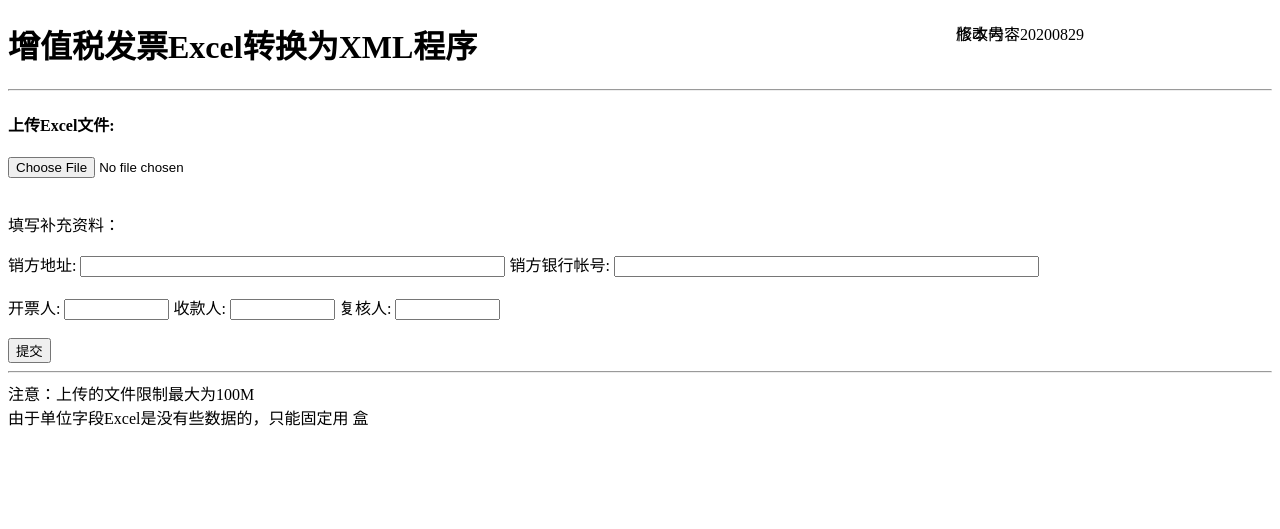
Repository: SFGuile/learnSpringapp
Page: http://localhost/demo/home.jsp
An editor plug-in stored every save of this project. The page is shown before and after the next save, followed by the edit.
The browser window is 1280 px wide. The pictures show the whole page.
The page is served by Tomcat 9. Other server files are loaded and not shown.

Above is the page before, as saved 2020-08-29 01:35:35.

### demo/src/main/webapp/home.jsp
<%@ page language="java" contentType="text/html; charset=UTF-8"
    pageEncoding="UTF-8"%>
<!DOCTYPE html>
<html>
<head>

<meta charset="UTF-8">
<title>增值税发票Excel转换为XML程序（测试版）</title>
</head>
<body>

 <div style="position: relative;width:100%;">
    <div style="position:absolute;right:0px;width:25%;height:28px;">
                    版本号：20200829</br>
    </div>

    <div style="position:absolute;right:0px;width:25%;height:28px;">
                  修改内容
    </div>
</div>

 <h1>增值税发票Excel转换为XML程序</h1>
  <hr/>
  <h4>上传Excel文件:</h4>
  <form method="POST" action="uploadfile"  enctype="multipart/form-data">
    <input type="file" name="file"  accept=".xls"/> <br/><br/>
    <p>填写补充资料：</p>
     <label for="fname">销方地址:</label>
     <input type="text" id="address" name="address" size="50">
     <label for="lname">销方银行帐号:</label>
     <input type="text" id="bankaccount" name="bankaccount" size="50"><br/><br/>
     <label for="lname">开票人:</label>
     <input type="text" id="kpr" name="kpr" size="10">
      <label for="lname">收款人:</label>
     <input type="text" id="skr" name="skr" size="10">
      <label for="lname">复核人:</label>
     <input type="text" id="fhr" name="fhr" size="10"><br/><br/>
    <button type="submit">提交</button>
  </form>
  <hr/>
  <div>
    ${message}
  </div>

   <div>

  </div>





</body>
</html>
注意：上传的文件限制最大为100M</br>
由于单位字段Excel是没有些数据的，只能固定用 盒

After the next save:
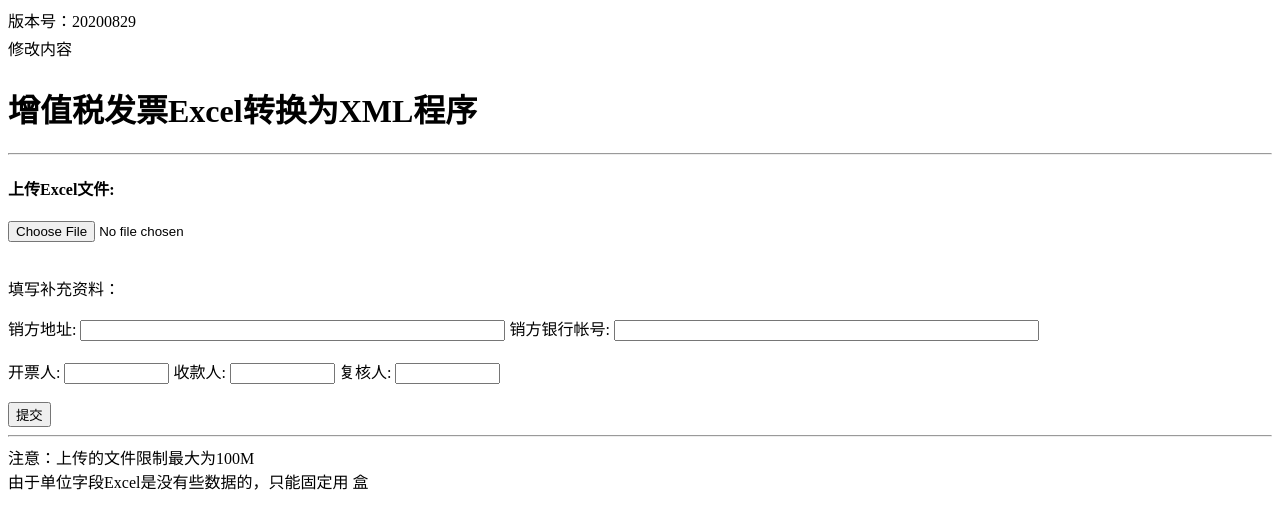
Saved 39 s later.
--- a/demo/src/main/webapp/home.jsp
+++ b/demo/src/main/webapp/home.jsp
@@ -10,11 +10,11 @@
 <body>
 
  <div style="position: relative;width:100%;">
-    <div style="position:absolute;right:0px;width:25%;height:28px;">
+    <div style="position:relative;right:0px;width:25%;height:28px;">
                     版本号：20200829</br>
     </div>
 
-    <div style="position:absolute;right:0px;width:25%;height:28px;">
+    <div style="position:relative;right:0px;width:25%;height:28px;">
                   修改内容
     </div>
 </div>
